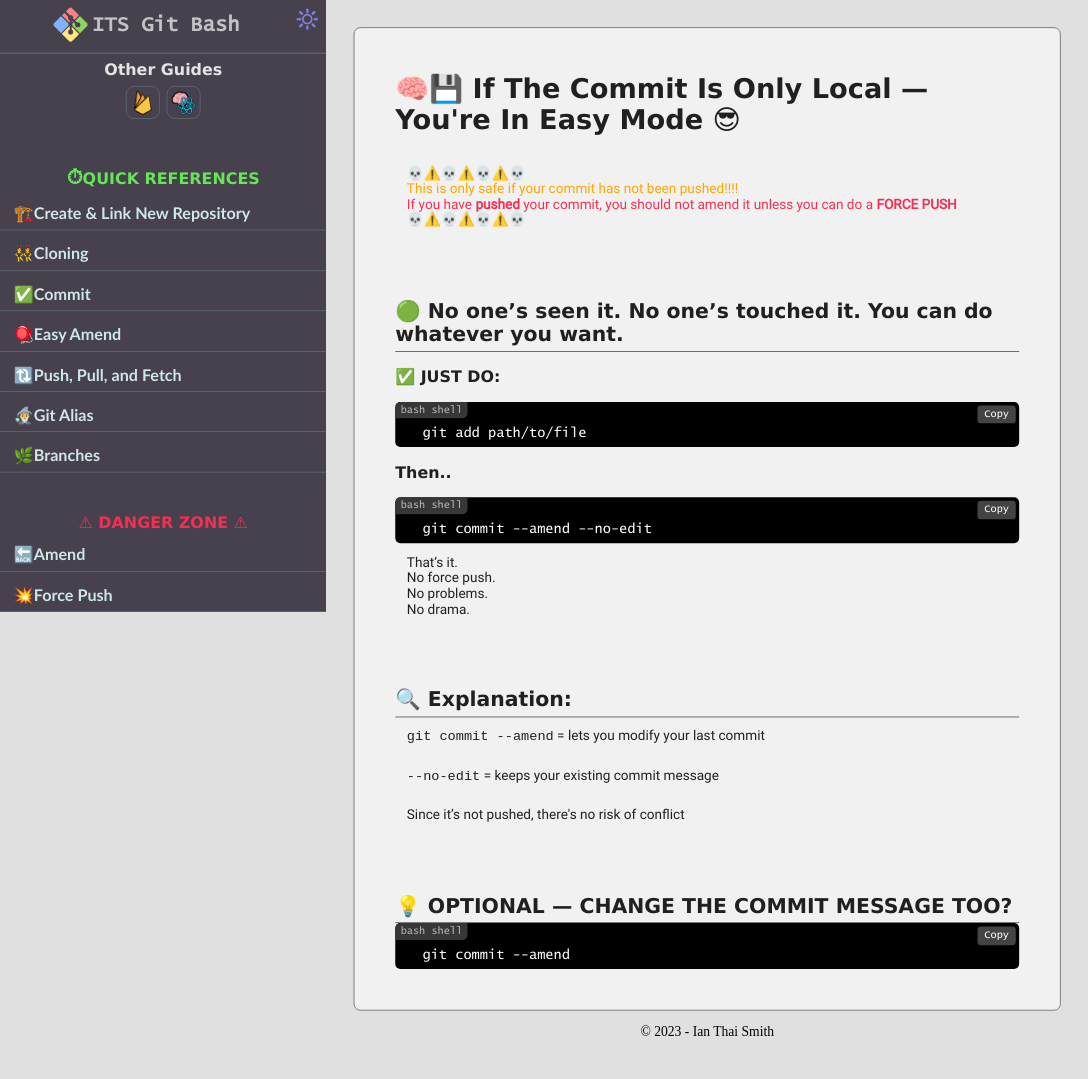
Repository: whyDoILoveThis/project__ITS_Git_Bash
Page: html/easy-amend.html
An editor plug-in stored every save of this project. The page is shown before and after the next save, followed by the edit.
The browser window is 1280 px wide. The pictures show the whole page, at 85% of full size.

Above is the page before, as saved 2025-07-06 07:18:58.

### html/easy-amend.html
<!DOCTYPE html>
<html lang="en">
  <head>
    <meta charset="UTF-8" />
    <meta name="viewport" content="width=device-width, initial-scale=1.0" />
    <link rel="stylesheet" href="/css/normalize.css" />
    <link rel="stylesheet" href="/css/style.css" />
    <title>new-page</title>
  </head>
  <body>
    <!--!!!!!-->
    <!--! MAIN-WRAP -->
    <div class="main-wrap">
      <section class="article-wrap">
        <article class="article">
          <h1>🧠💾 If The Commit Is Only Local — You're In Easy Mode 😎</h1>
          <p class="orng">
            💀⚠️💀⚠️💀⚠️💀
            <br />
            This is only safe if your commit has not been pushed!!!!
            <br />
            <em class="red">
              If you have <b>pushed</b> your commit, you should not amend it
              unless you can do a <b>FORCE PUSH</b>
            </em>
            <br />
            💀⚠️💀⚠️💀⚠️💀
          </p>
          <h2>
            🟢 No one’s seen it. No one’s touched it. You can do whatever you
            want.
          </h2>
          <h3>✅ JUST DO:</h3>
          <div class="code">
            <p>git add path/to/file<br /></p>
          </div>
          <h3>Then..</h3>
          <div class="code">
            <p>git commit --amend --no-edit</p>
          </div>
          <p>
            That’s it. <br />
            No force push. <br />
            No problems. <br />
            No drama.
          </p>
          <h2>🔍 Explanation:</h2>

          <p>
            <code>git commit --amend</code> = lets you modify your last commit
          </p>
          <p><code>--no-edit</code> = keeps your existing commit message</p>
          <p>Since it’s not pushed, there's no risk of conflict</p>
          <h2>💡 OPTIONAL — CHANGE THE COMMIT MESSAGE TOO?</h2>
          <div class="code">
            <p>git commit --amend</p>
          </div>
        </article>
      </section>
    </div>
    <!--! MAIN-WRAP -->
    <!--! !!!!!!! -->
    <script src="/JS/dynamic-nav.js"></script>
    <script src="/JS/copy-code-btn.js"></script>
  </body>
</html>

### css/style.css


/*TODO: REFACTOR FOR BETTER ORGANIZATION
        AND REMOVING REDUNDANCIES*/

        :root {
            --size--brightness-toggler: 50px;
        }


.gradient {
    width: 100vw;
    height: 100vh;
    background: rgb(52,30,84);
background: linear-gradient(360deg, rgba(52,30,84,1) 0%, rgba(67,41,166,1) 100%);
}

@font-face {
    font-family: LucidaConsole;
    src: url(/fonts/lucon.ttf);

}

@font-face {
    font-family: Roboto;
    src: url(/fonts/Roboto-Regular.ttf);
}

body {
    font-family: 'Lucida Sans', 'Lucida Sans Regular', 'Lucida Grande', 'Lucida Sans Unicode', Geneva, Verdana, sans-serif;
    transition: background-color 0.3s ease-in;
    background-color: rgb(36, 31, 35);

}

body::-webkit-scrollbar-track
{
	-webkit-box-shadow: inset 0 0 6px rgba(0,0,0,0.3);
	border-radius: 10px;
	background-color: rgb(52, 29, 69);
}

body::-webkit-scrollbar
{
    border-radius: 10px;

	width: 5px;
	background-color: rgb(50, 41, 56);
}

body::-webkit-scrollbar-thumb
{
	border-radius: 10px;
	-webkit-box-shadow: inset 0 0 6px rgba(0,0,0,.3);
	background-color: #8181DB;
}



ul {
    list-style-type: none;
    padding: 0;
    padding-bottom: 4rem;
    margin: 0;
}

ul li {
    padding: 1rem 0 0.5rem 1rem;
    border-bottom: 0.5px solid rgb(90, 105, 110);
}

li a {
    text-decoration: none;
    color: rgb(206, 231, 231);
    font-family: 'Trebuchet MS', 'Lucida Sans Unicode', 'Lucida Grande', 'Lucida Sans', Arial, sans-serif;
    font-weight: 600;
    text-decoration-thickness: 0px;
    font-size: 19px;
}

a {
    color: rgb(45, 143, 248);
    text-decoration: none;
}

a:hover {
    font-weight: 600;
    text-decoration: underline;
}

li a:hover {
    text-decoration: underline;
    text-decoration-thickness: 2px;
    text-decoration-color: rgb(110, 203, 103);
}

em {
    font-style: normal;
}

.main-wrap {
    display: flex;
    height: 100%;
    width: 100%;
}

/** NAV */

.nav {
    z-index: 100;
    background: rgba(50, 41, 56, 0.877);
    backdrop-filter: blur(8px);
    -webkit-backdrop-filter: blur(8px);
    display: flex;
    flex-direction: column;
    width: 30%;
    height: 100%;
    position: fixed;
    overflow: auto;
    transition: all 0.37s ease-out;
}

.nav::-webkit-scrollbar-track
{
	-webkit-box-shadow: inset 0 0 6px rgba(0,0,0,0.3);
	border-radius: 10px;
	background-color: rgb(50, 41, 56);
}

.nav::-webkit-scrollbar
{
    border-radius: 10px;

	width: 3px;
	background-color: rgb(50, 41, 56);
}

.nav::-webkit-scrollbar-thumb
{
	border-radius: 10px;
	-webkit-box-shadow: inset 0 0 6px rgba(0,0,0,.3);
	background-color: #8181DB;
}


.logo-wrap {
    height: auto;
    max-height: 40px;
    display: flex;
    align-items: center;
    justify-content: center;
    gap: 0.3rem;
    padding: 0.7rem;
    border-bottom: 1px solid rgb(115, 115, 115);
    padding-right: var(--size--brightness-toggler);

}

.logo__icon {
    width: 8vw;
    max-width: 40px;
    height: 8vw;
    max-height: 40px;
    display: inline;
}

.logo__tag {
    color: rgb(195, 195, 195);
    font-family:  LucidaConsole, Arial, Helvetica, sans-serif;
    white-space: 1px;
    font-size: 24px;
    font-weight: 600;
    margin: 0;
}

.dark-mode-toggler-wrap {
    position: absolute;
    top: 10px;
    right: 10px;

}

.other-guides-wrap {
    margin: 0.5rem;
    display: flex;
    justify-content: center;
    align-self: center;
    gap: 0.5rem;
}

.other-guides-wrap > a > img {
    width: 28px;
}

.other-guides-heading {
    color: rgb(228, 228, 228);
    margin-top: 0;
}

.guide-link {
    border: 1px solid rgb(90, 105, 110);
    border-radius: 10px;
    display: flex;
    justify-content: center;
    padding: 0.3rem;
    transition: background-color 0.4s;
}

.guide-link:hover {
    background-color: rgba(255, 255, 255, 0.117);
}

.quick-ref-heading {
    color: rgb(101, 230, 87);
    text-transform: uppercase;
}

.quick-ref-heading::before {
    content: '⏱';
    font-size: 24px;
}

.article-wrap {
    margin-left: 30%;
    width: calc(70% - 2rem * 2);
    padding: 2rem;
}

.article {
    border: 1px solid rgb(109, 109, 109);
    border-radius:8px;
    display: flex;
    flex-direction: column;
    padding: 3rem;
    padding-top: 2rem;

    background-color: rgb(49, 49, 49);
    color: rgba(255, 255, 255, 0.90);
    transition: background-color 0.4s ease-in, color 0.5s ease-in;

}

.article__heading,
.article h2.h2--large {
    text-align: center;
    font-size: 32px;
    margin: 0.8rem;
    border: 0;
}

.article h2 {
    margin: 4.4rem 0 0rem 0;
    border-bottom: 1px solid #555;
    padding-bottom: 0.3rem;
}


.article > p {
    font-family: Roboto, Arial, Helvetica, sans-serif;
    margin: 0.85rem;
}

.emoji {
    display: inline;
    width: 20px;
}

.emoji--rocket {
    content: url(/img/emoji-rocket.PNG);
}

.code {
    font-family: LucidaConsole, Arial, Helvetica, sans-serif;
    white-space: nowrap;
    background-color: black;
    color: white;
    font-style: normal;
    width: 100%;
    display: flex;
    flex-direction: column;
    border-radius: 6px;
    overflow: auto;
}

.code p::selection,
.code em::selection {
    background: rgba(214, 172, 238, 0.273);
    color: inherit;
}

.code::-webkit-scrollbar {
    width: 12px;
    background-color: #F5F5F5;
    height: 7px;
}
.code::-webkit-scrollbar-thumb {
    border-radius: 1px;
    -webkit-box-shadow: inset 0 0 6px rgba(0,0,0,.3);
    background-color: #555;
}
.code::-webkit-scrollbar-track {
    -webkit-box-shadow: inset 0 0 6px rgba(0,0,0,0.3);
    border-radius: 1px;
    background-color: #F5F5F5;
}


.code::before {
    content: 'bash shell';
    background-color: rgb(55, 55, 55);


    align-self: flex-start;

    color: rgb(184, 184, 184);
    padding: 0.25rem 0.4rem 0.1rem 0.4rem;
    border-radius: 6px 0px 6px 0;
    font-size: 12px;
}

.code--html::before {
    content: 'HTML';
    color: rgb(255, 72, 0);
    letter-spacing: 1px;
}

.code--js::before {
   content: 'javascript';
   color: yellow;
}

.code--json::before {
    content: 'json';
    color: rgb(93, 184, 93);
}

.code--file-struct::before {
    content: '📁';
    font-size: 20px;
}

.code p {
    margin: 0.5rem 0 0.5rem 2rem;
    display: inline-block;
    flex: 0 0 100%;
}

.comnt {
    color: rgb(123, 123, 123);
}

.orng {
    color: orange;
}

.grn {
    color: rgb(60, 162, 60);
}

.blu {
    color: rgb(74, 189, 255);
}

.red {
    color: rgb(246, 46, 83);
}

/** BUTTONS */

.btn-group {
    display: flex;
    gap: 0.5rem;
}

.btn {
    position: relative;
    z-index: 99;
    width: 100%;
    font-family: Roboto, Arial, Helvetica, sans-serif;
    font-size: 24px;
    text-shadow: 0 0 2px rgba(0, 0, 0, 0.577);
    padding: 10px 20px;
    background-color: #27396a;

    color: #6cbbfb;
    cursor: pointer;
    border-radius: 10px;
    border: 1.5px solid rgb(0, 0, 0);
    margin-top: 1rem;
}

.btn--important {
    color: rgb(252, 107, 107);
    background-color: rgb(83, 32, 32);
}

.btn--more-info-box {

    font-family: Roboto, Arial, Helvetica, sans-serif;
    background-color: #eeeeee;
    background-color: #363232;

    color: #202020;
    color: rgba(255, 255, 255, 0.90);
    position: relative;
    top: -1rem;
    padding: 1rem;
    border-radius: 8px;
    text-align: center;
    border: 1.5px solid rgb(0, 115, 225);
    animation: 0.5s ease-in-out;
    transform-origin: top center;
    transition: background-color 0.4s ease-in, color 0.5s ease-in;
}

.btn--more-info-box.hidden {
    display: none;

}

@keyframes bounceDown {
    0% {
        transform: scaleY(0);
        opacity: 0;
    }
    70% {
        transform: scaleY(1.04);
        opacity: 1;
    }
    100% {
        transform: scaleY(1);
        opacity: 1;
    }
}

@keyframes bounceUp {
    0% {
        transform: scaleY(1);
        opacity: 1;
    }

    20% {
        transform: scaleY(1.04);
        opacity: 0.8;
    }

    100% {
        transform: scaleY(0);
        opacity: 0.2;
    }
}

.btn--more-info-box p {
    text-align: left;
}

.btn--more-info-box h2 {
    margin-top: 2.5rem;
}

.btn--more-info-box h3 {
    margin-top: 1.5rem;
    margin-bottom: 0;
}

@media screen and (min-width: 768px) {
    .nav-toggler {
        position: fixed;
        display: none;
        visibility: hidden;
    }
}

@media screen and (max-width: 778px) {
    ul li {
        padding: 0.8rem 0.3rem 0.5rem 0.8rem;
    }

    li a {
        font-size: 17px;
    }

    .nav {
        margin: 0;
        width: 100%;
        height: 60px;
        overflow: hidden;
        border-top-right-radius: 0;
        border-bottom-left-radius: 10px;
        border-bottom-right-radius: 10px;
        box-shadow: 1px 1px 1px 3px rgba(0, 0, 0, 0.179);
    }

    .nav-expanded {
        width: 85%;
        height: 100%;
        overflow-y: auto;
        box-shadow: 1px 1px 0px 700px rgba(0, 0, 0, 0.5);
        border-bottom-left-radius: 0;
    }

    .nav-expanded .nav-toggler {
        position: absolute;
        transform: translateY(60px);
    }

    .logo-wrap {
        place-self: center;
        padding-right: var(--size--brightness-toggler);
        padding-left: var(--size--brightness-toggler);
    }
    .logo__icon {
        height: 40px;
        width: 40px;
    }
    .dark-mode-toggler-wrap {
        position: absolute;
        top: 15px;
        right: 10px;

    }
    .nav-toggler {
       width: 40px;
       position: absolute;
       left: 10px;

       transition: all 0.2s;
    }

    .logo__tag {
        font-size: 22px;
        white-space: nowrap;
    }

    .article-wrap {
        margin: 0;
        width: calc(100% - 0.5rem * 2);
         padding: 0.5rem;
         margin-top: 70px;
     }
     .article {
        padding: 0.5rem;
    }
}

.copyright::before {
    content: '© 2023 - Ian Thai Smith ';
    font-family: 'Times New Roman', Times, serif ;
    display: flex;
    justify-content: center;

}






/*& CODE COPY BUTTON */
/*& CODE COPY BUTTON */
/*& CODE COPY BUTTON */



.copy-btn {
  position: absolute;
  top: 4px;
  right: 4px;
  background: #444;
  color: #fff;
  border: none;
  padding: 4px 8px;
  font-size: 0.75rem;
  cursor: pointer;
  border-radius: 4px;
  transition: background 0.2s ease;
}

.copy-btn:hover {
  background: #666;
}

### JS/dynamic-nav.js
const head = document.getElementsByTagName('head')[0];
const tabIcon = document.createElement("link");
tabIcon.href = "/img/git-bash-icon.png";
tabIcon.rel = "icon";
head.appendChild(tabIcon);

const articleWrap = document.querySelector(".article-wrap");

const copyright = document.createElement("p");
copyright.classList.add("copyright");

articleWrap.appendChild(copyright);

// Select the target element
const container = document.querySelector(".main-wrap");

// Create the main navigation element
const navigation = document.createElement("nav");
navigation.classList.add("nav");

function expandNav(){
    navigation.classList.toggle("nav-expanded")
}

const navToggler = document.createElement("img");
navToggler.src = "/img/icon-nav-toggler.png";
navToggler.classList.add("nav-toggler");
navToggler.addEventListener("click", expandNav);



// Create the logo-wrap div
const logoWrap = document.createElement("div");
logoWrap.classList.add("logo-wrap");

// Create the logo icon
const logoIcon = document.createElement("img");
const homeLink = document.createElement("a");
homeLink.href = "/index.html";
logoIcon.src = "/img/git-bash-icon.png";
logoIcon.alt = "";
logoIcon.classList.add("logo__icon");
homeLink.appendChild(logoIcon);


// Create the logo tag
const logoTag = document.createElement("p");
logoTag.classList.add("logo__tag");
logoTag.innerText = "ITS Git Bash";


const darkModeTogglerWrap = document.createElement("div");
darkModeTogglerWrap.classList.add("dark-mode-toggler-wrap");
const darkModeToggler = document.createElement("img");
darkModeTogglerWrap.appendChild(darkModeToggler);
darkModeToggler.src = "/img/icon-brightness-dim.png";
darkModeToggler.style.width = "25px";
darkModeToggler.classList.add(".dark-mode-toggler");

const article = document.querySelector('.article')


darkModeToggler.addEventListener("click", toggleBrightness);

const otherGuidesWrap = document.createElement("div");
otherGuidesWrap.classList.add("other-guides-wrap");

const otherGuides = document.createElement("h3");
otherGuides.innerText = "Other Guides";
otherGuides.classList.add('other-guides-heading');
otherGuides.style.textAlign = "center";
otherGuides.style.marginBottom = "0";
otherGuides.style.marginTop = "0.5rem";

const linkBash = document.createElement('a');
const imgBash = document.createElement("img");
linkBash.classList.add('guide-link');
imgBash.src = "/img/firebase-icon.png";
linkBash.href = "https://its-firebase.vercel.app";
linkBash.appendChild(imgBash);
otherGuidesWrap.appendChild(linkBash);
// another
const linkReact18 = document.createElement('a');
const imgReact18 = document.createElement("img");
linkReact18.classList.add('guide-link');
imgReact18.src = "/img/learn-react18-icon.png";
linkReact18.href = "https://learn-react18.vercel.app";
linkReact18.appendChild(imgReact18);
otherGuidesWrap.appendChild(linkReact18);




const infoBoxes = document.querySelectorAll('.btn--more-info-box');


// Check if 'bright' is stored in localStorage
const storedBright = localStorage.getItem('bright');

// Initialize 'bright' with the stored value (or default to false if not found)
let bright = storedBright === 'false';


function toggleBrightness() {
    bright = !bright;

    // Store the updated 'bright' value in localStorage
    localStorage.setItem('bright', bright);

 // Update UI and apply styles based on 'bright' state

    if(bright){
    fadeOutAndChange(darkModeToggler, "/img/icon-brightness-bright.png");
    document.body.style.backgroundColor = 'rgb(224, 224, 224)';
    article.style.backgroundColor = 'rgb(241, 241, 241)';
    article.style.color = '#202020';
    copyright.style.color = 'black';
    infoBoxes.forEach(infoBox => {
        infoBox.style.backgroundColor = '#eeeeee';
        infoBox.style.color = '#202020';
    });
    } else {
        fadeOutAndChange(darkModeToggler, "/img/icon-brightness-dim.png");
        document.body.style.backgroundColor = 'rgb(36, 31, 35)';
        article.style.backgroundColor = 'rgb(49, 49, 49)';
        article.style.color = 'rgba(255, 255, 255, 0.90)';
        copyright.style.color = 'white';
        infoBoxes.forEach(infoBox => {
            infoBox.style.backgroundColor = '#363232';
            infoBox.style.color = 'rgba(255, 255, 255, 0.90)';
        });
    }
}

function fadeOutAndChange(element, newImageSrc) {
    element.style.opacity = 0;
    setTimeout(() => {

        element.src = newImageSrc;
        element.style.opacity = 1;
    }, 200); // Adjust the time to match your CSS transition duration
}

// Call toggleBrightness to initialize UI based on stored value
toggleBrightness();


// Append the logo icon and tag to the logo-wrap div
logoWrap.appendChild(navToggler);
logoWrap.appendChild(homeLink);
logoWrap.appendChild(logoTag);



// Create the links list
const linkList = document.createElement("ul");
linkList.classList.add("link__list");


const quickRefs = document.createElement("h3");
quickRefs.innerText = "Quick References";
quickRefs.classList.add('quick-ref-heading');
quickRefs.style.textAlign = "center";
quickRefs.style.marginBottom = "0";
quickRefs.style.marginTop = "3rem";
linkList.appendChild(quickRefs);
/****************LINKS****************** */
/****************LINKS****************** */
// Create a list item for the link
const linkItem1 = document.createElement("li");
linkItem1.classList.add("link");
// Create the link itself
const linkCreateNewRepo = document.createElement("a");
linkCreateNewRepo.href = "/html/create-and-link-new-repo.html";
linkCreateNewRepo.innerText = "🏗️Create & Link New Repository";
// Append the link to the list item
linkItem1.appendChild(linkCreateNewRepo);
// Append the list item to the links list
linkList.appendChild(linkItem1);

// Create a list item for the link
const linkItem2 = document.createElement("li");
linkItem2.classList.add("link");
const linkCloning = document.createElement("a");
linkCloning.href = "/html/cloning.html";
linkCloning.innerText = "👯‍♀️Cloning";
// Append the link to the list item
linkItem2.appendChild(linkCloning);
// Append the list item to the links list
linkList.appendChild(linkItem2);

const linkItem3 = document.createElement("li");
linkItem3.classList.add("link");
const linkCommit = document.createElement("a");
linkCommit.href = "/html/commit.html";
linkCommit.innerText = "✅Commit";
linkItem3.appendChild(linkCommit);
linkList.appendChild(linkItem3);

const linkItem3v1 = document.createElement("li");
linkItem3v1.classList.add("link");
const linkEasyAmend = document.createElement("a");
linkEasyAmend.href = "/html/easy-amend.html";
linkEasyAmend.innerText = "🪀Easy Amend";
linkItem3v1.appendChild(linkEasyAmend);
linkList.appendChild(linkItem3v1);

const linkItem4 = document.createElement("li");
linkItem4.classList.add("link");
const linkPushPullAndFetch = document.createElement("a");
linkPushPullAndFetch.href = "/html/push-pull-and-fetch.html";
linkPushPullAndFetch.innerText = "🔃Push, Pull, and Fetch";
linkItem4.appendChild(linkPushPullAndFetch);
linkList.appendChild(linkItem4);

const linkItem7 = document.createElement("li");
linkItem7.classList.add("link");
const linkGitAlias = document.createElement("a");
linkGitAlias.href = "/html/git-alias.html";
linkGitAlias.innerText = "🧙‍♂️Git Alias";
linkItem7.appendChild(linkGitAlias);
linkList.appendChild(linkItem7);

const linkItem8 = document.createElement("li");
linkItem8.classList.add("link");
const linkBranches = document.createElement("a");
linkBranches.href = "/html/branches.html";
linkBranches.innerText = "🌿Branches";
linkItem8.appendChild(linkBranches);
linkList.appendChild(linkItem8);

const dangerZone = document.createElement("h3");
dangerZone.innerText = "⚠ DANGER ZONE ⚠";
dangerZone.style.textAlign = "center";
dangerZone.classList.add("red");
dangerZone.style.marginBottom = "0";
dangerZone.style.marginTop = "3rem";
linkList.appendChild(dangerZone);

const linkItem5 = document.createElement("li");
linkItem5.classList.add("link");
const linkAmend = document.createElement("a");
linkAmend.href = "/html/amend.html";
linkAmend.innerText = "🔙Amend";
linkItem5.appendChild(linkAmend);
linkList.appendChild(linkItem5);

const linkItem6 = document.createElement("li");
linkItem6.classList.add("link");
const linkForcePush = document.createElement("a");
linkForcePush.href = "/html/💥force-push.html";
linkForcePush.innerText = "💥Force Push";
linkItem6.appendChild(linkForcePush);
linkList.appendChild(linkItem6);





/****************LINKS****************** */
/****************LINKS****************** */


// Append the logo-wrap div and links list to the navigation
navigation.appendChild(logoWrap);
navigation.appendChild(darkModeTogglerWrap);
navigation.appendChild(otherGuides);
navigation.appendChild(otherGuidesWrap);
navigation.appendChild(linkList);

// Append the navigation to the container
container.appendChild(navigation);

### JS/copy-code-btn.js
 document.querySelectorAll(".code").forEach((codeBlock) => {
        // Create copy button
        const btn = document.createElement("button");
        btn.className = "copy-btn";
        btn.textContent = "Copy";

        // Insert button into the code block
        codeBlock.style.position = "relative";
        codeBlock.appendChild(btn);

        // Copy logic
        btn.addEventListener("click", () => {
          const text = codeBlock.querySelector("p").innerText;
          navigator.clipboard.writeText(text).then(() => {
            btn.textContent = "✅ Copied!";
            setTimeout(() => (btn.textContent = "Copy"), 2000);
          });
        });
      });

Loaded but not shown: css/normalize.css (library)

After the next save:
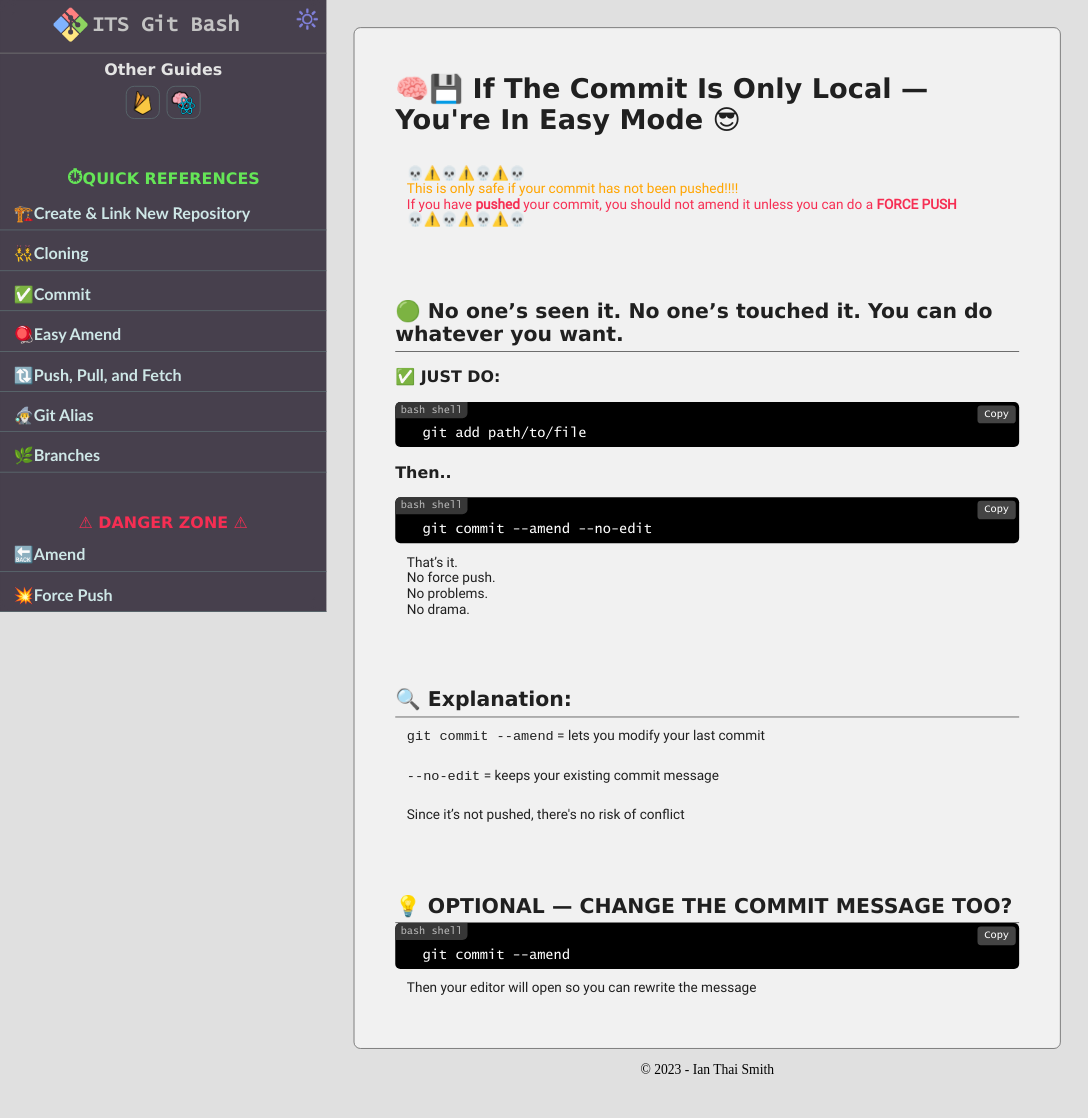
Saved 18 s later.
--- a/html/easy-amend.html
+++ b/html/easy-amend.html
@@ -55,6 +55,7 @@
           <div class="code">
             <p>git commit --amend</p>
           </div>
+          <p>Then your editor will open so you can rewrite the message</p>
         </article>
       </section>
     </div>
